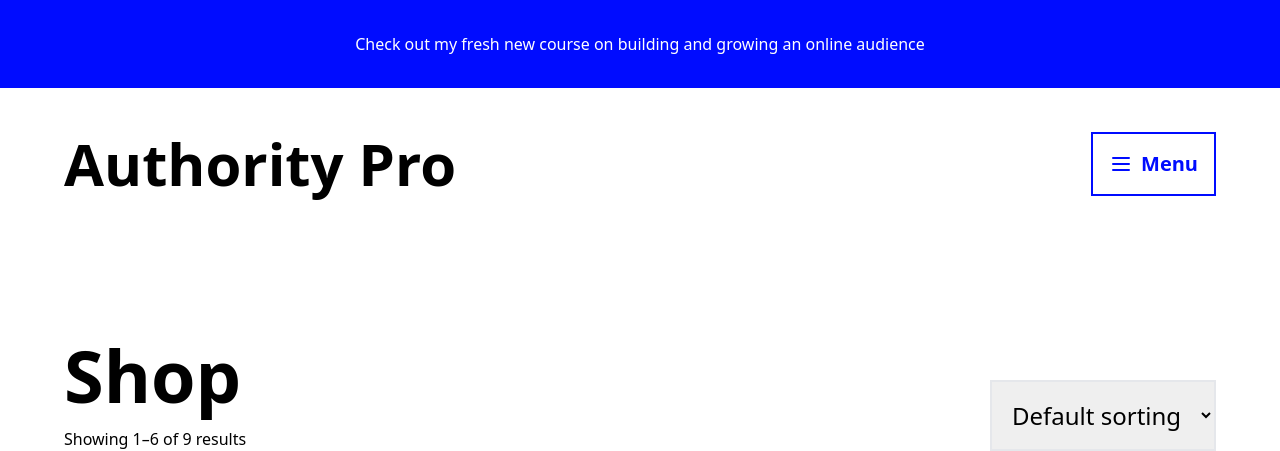
Repository: Quanndm03/web2022
Page: lab2/index2.html
An editor plug-in stored every save of this project. The page is shown before and after the next save, followed by the edit.
The browser window is 1280 px wide. The pictures show the part of the page from y = 0 to 451 px (the page is 1847 px tall).
A picture or video elsewhere on the page could not be fetched, so the positions and the page height are approximate. Some web libraries are served in a nearby version.

Above is the page before, as saved 2022-06-16 10:27:06.

### lab2/index2.html
<!DOCTYPE html>
<html lang="en">
  <head>
    <meta charset="UTF-8" />
    <meta http-equiv="X-UA-Compatible" content="IE=edge" />
    <meta name="viewport" content="width=device-width, initial-scale=1.0" />
    <title>Document</title>
    <script src="https://cdn.tailwindcss.com"></script>
  </head>
  <body>
    <div class="bg-[#000CFF] text-center py-8">
      <p class="text-white">
        Check out my fresh new course on building and growing an online audience
      </p>
    </div>
    <div class="bg-white">
      <div class="max-w-6xl mx-auto">
        <div class="md:flex justify-between items-center py-8">
          <a class="text-[58px] font-bold" href="">Authority Pro</a>
          <button
            class="flex items-center border-2 border-[#000CFF] p-4 text-xl font-bold text-[#000CFF]"
          >
            <svg
              xmlns="http://www.w3.org/2000/svg"
              class="h-6 w-6 mr-2"
              fill="none"
              viewBox="0 0 24 24"
              stroke="currentColor"
              stroke-width="2"
            >
              <path
                stroke-linecap="round"
                stroke-linejoin="round"
                d="M4 6h16M4 12h16M4 18h16"
              />
            </svg>
            Menu
          </button>
        </div>
        <div class="md:flex justify-between items-end mb-5">
          <div>
            <h2 class="text-3xl md:text-7xl font-bold mb-4 mt-[100px]">
              Shop
            </h2>
            <p>Showing 1–6 of 9 results</p>
          </div>
          <select name="" id="" class="border-2 text-lg md:text-2xl p-4 font">
            <option value="" class="">Default sorting</option>
          </select>
        </div>
        <div class="grid grid-cols-1 gap-4 md:grid-cols-3 md:gap-8">
          <div
            class="column shadow transition ease-in-out duration-300 hover:shadow-xl hover:cursor-pointer group"
          >
            <div
              class="product-item bg-gray-100 flex items-center justify-center"
            >
              <img src="images/image 1.png" alt="" />
            </div>
            <div class="product-content p-5">
              <h3 class="mb-4">
                <a href="" class="text-lg md:text-3xl font-bold"
                  >Dipped Tripod Stool</a
                >
              </h3>
              <div class="product-price text-md md:text-2xl">
                <del>$49.95</del><span class="text-[#000CFF]"> $35.00</span>
              </div>
              <button
                class="mt-5 block w-full md:w-auto md:inline-block py-2 md:py-5 px-3 border-2 border-[#000CFF] font-bold text-[#000CFF] group-hover:bg-blue-600 group-hover:text-white"
              >
                Add to cart
              </button>
            </div>
          </div>
          <!--End .column-->
          <div
            class="column shadow transition ease-in-out duration-300 hover:shadow-xl group"
          >
            <div
              class="product-item bg-gray-100 flex items-center justify-center"
            >
              <img src="images/image 1 (1).png" alt="" />
            </div>
            <div class="product-content p-5">
              <h3 class="mb-4">
                <a href="" class="text-lg md:text-3xl font-bold"
                  >Index Card Catalog</a
                >
              </h3>
              <div class="product-price text-md md:text-2xl">
                <del>$49.95</del><span class="text-[#000CFF]"> $35.00</span>
              </div>
              <button
                class="mt-5 block w-full md:w-auto md:inline-block py-2 md:py-5 px-3 border-2 border-[#000CFF] font-bold text-[#000CFF] group-hover:bg-blue-600 group-hover:text-white"
              >
                Add to cart
              </button>
            </div>
          </div>
          <!--End .column-->
          <div
            class="column shadow transition ease-in-out duration-300 hover:shadow-xl group"
          >
            <div
              class="product-item bg-gray-100 flex items-center justify-center"
            >
              <img src="images/image 1 (2).png" alt="" />
            </div>
            <div class="product-content p-5">
              <h3 class="mb-4">
                <a href="" class="text-lg md:text-3xl font-bold"
                  >Never Settle Mug</a
                >
              </h3>
              <div class="product-price text-md md:text-2xl">
                <del>$49.95</del><span class="text-[#000CFF]"> $35.00</span>
              </div>
              <button
                class="mt-5 block w-full md:w-auto md:inline-block py-2 md:py-5 px-3 border-2 border-[#000CFF] font-bold text-[#000CFF] group-hover:bg-blue-600 group-hover:text-white"
              >
                Add to cart
              </button>
            </div>
          </div>
          <!--End .column-->
          <div
            class="column shadow transition ease-in-out duration-300 hover:shadow-xl group"
          >
            <div
              class="product-item bg-gray-100 flex items-center justify-center"
            >
              <img src="images/image 1 (3).png" alt="" />
            </div>
            <div class="product-content p-5">
              <h3 class="mb-4">
                <a href="" class="text-lg md:text-3xl font-bold"
                  >Dipped Tripod Stool</a
                >
              </h3>
              <div class="product-price text-md md:text-2xl">
                <del>$49.95</del><span class="text-[#000CFF]"> $35.00</span>
              </div>
              <button
                class="mt-5 block w-full md:w-auto md:inline-block py-2 md:py-5 px-3 border-2 border-[#000CFF] font-bold text-[#000CFF] group-hover:bg-blue-600 group-hover:text-white"
              >
                Add to cart
              </button>
            </div>
          </div>
          <!--End .column-->
          <div
            class="column shadow transition ease-in-out duration-300 hover:shadow-xl group"
          >
            <div
              class="product-item bg-gray-100 flex items-center justify-center"
            >
              <img src="images/image 1 (4).png" alt="" />
            </div>
            <div class="product-content p-5">
              <h3 class="mb-4">
                <a href="" class="text-lg md:text-3xl font-bold"
                  >Dipped Tripod Stool</a
                >
              </h3>
              <div class="product-price text-md md:text-2xl">
                <del>$49.95</del><span class="text-[#000CFF]"> $35.00</span>
              </div>
              <button
                class="mt-5 block w-full md:w-auto md:inline-block py-2 md:py-5 px-3 border-2 border-[#000CFF] font-bold text-[#000CFF] group-hover:bg-blue-600 group-hover:text-white"
              >
                Add to cart
              </button>
            </div>
          </div>
          <!--End .column-->
          <div
            class="column shadow transition ease-in-out duration-300 hover:shadow-xl group"
          >
            <div
              class="product-item bg-gray-100 flex items-center justify-center"
            >
              <img src="images/image 1 (5).png" alt="" />
            </div>
            <div class="product-content p-5">
              <h3 class="mb-4">
                <a href="" class="text-lg md:text-3xl font-bold"
                  >Dipped Tripod Stool</a
                >
              </h3>
              <div class="product-price text-md md:text-2xl">
                <del>$49.95</del><span class="text-[#000CFF]"> $35.00</span>
              </div>
              <button
                class="mt-5 block w-full md:w-auto md:inline-block py-2 md:py-5 px-3 border-2 border-[#000CFF] font-bold text-[#000CFF] group-hover:bg-blue-600 group-hover:text-white"
              >
                Add to cart
              </button>
            </div>
          </div>
          <!--End .column-->
        </div>
      </div>
    </div>
    <div class="bg-gray-100 py-10">
      <div class="max-w-6xl mx-auto text-center">
        <h2 class="text-3xl md:text-6xl font-bold text-[#000CFF]">
          Ready to take your next step?
        </h2>
        <p class="my-5">
            Grow your audience and build a profitable online business.
        </p>
        <a
          href=""
          class="inline-block px-5 py-3 border-4 text-2xl border-[#000CFF] text-[#000CFF] font-bold mr-2"
          >Learn More</a
        >
        <a
          href=""
          class="inline-block px-5 py-3 border-4 text-2xl border-[#000CFF] text-white font-bold bg-[#000CFF]"
          >Get Started Today</a
        >
      </div>
    </div>
    <div class="bg-white py-5">
      <div class="max-w-6xl mx-auto">
        <div class="md:flex justify-center space-x-10">
          <a href="">FACEBOOK</a>
          <a href="">TWITTER</a>
          <a href="">INSTAGRAM</a>
          <a href="">LINKEDIN</a>
          <a href="">DRIBBBLE</a>
        </div>
        <p class="text-center mt-5">
            Copyright © 2020  · WordPress · Log in
        </p>
      </div>
    </div>
  </body>
</html>

After the next save:
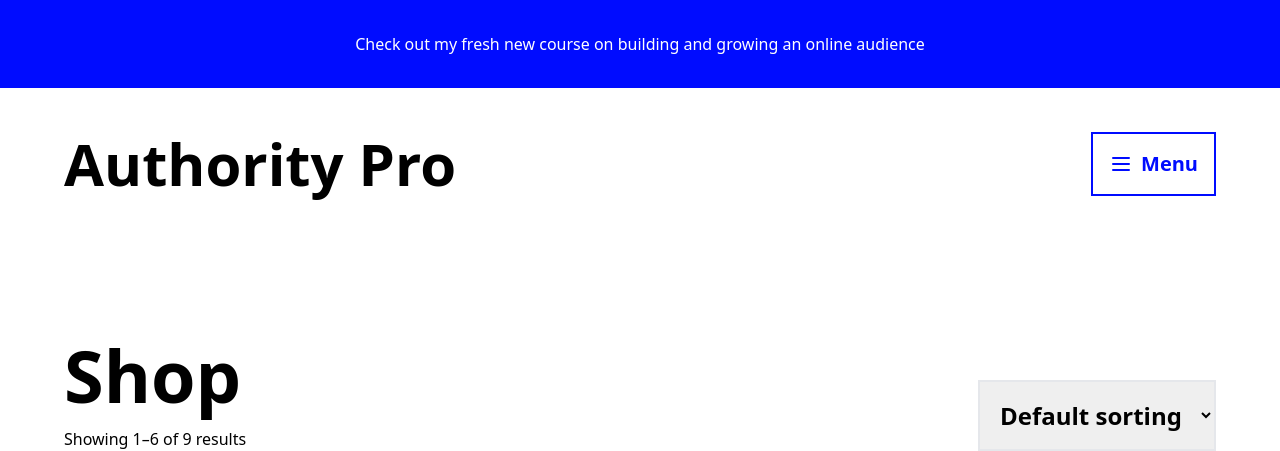
Saved 4 s later.
--- a/lab2/index2.html
+++ b/lab2/index2.html
@@ -44,7 +44,7 @@
             </h2>
             <p>Showing 1–6 of 9 results</p>
           </div>
-          <select name="" id="" class="border-2 text-lg md:text-2xl p-4 font">
+          <select name="" id="" class="border-2 text-lg md:text-2xl p-4 font-bold">
             <option value="" class="">Default sorting</option>
           </select>
         </div>
